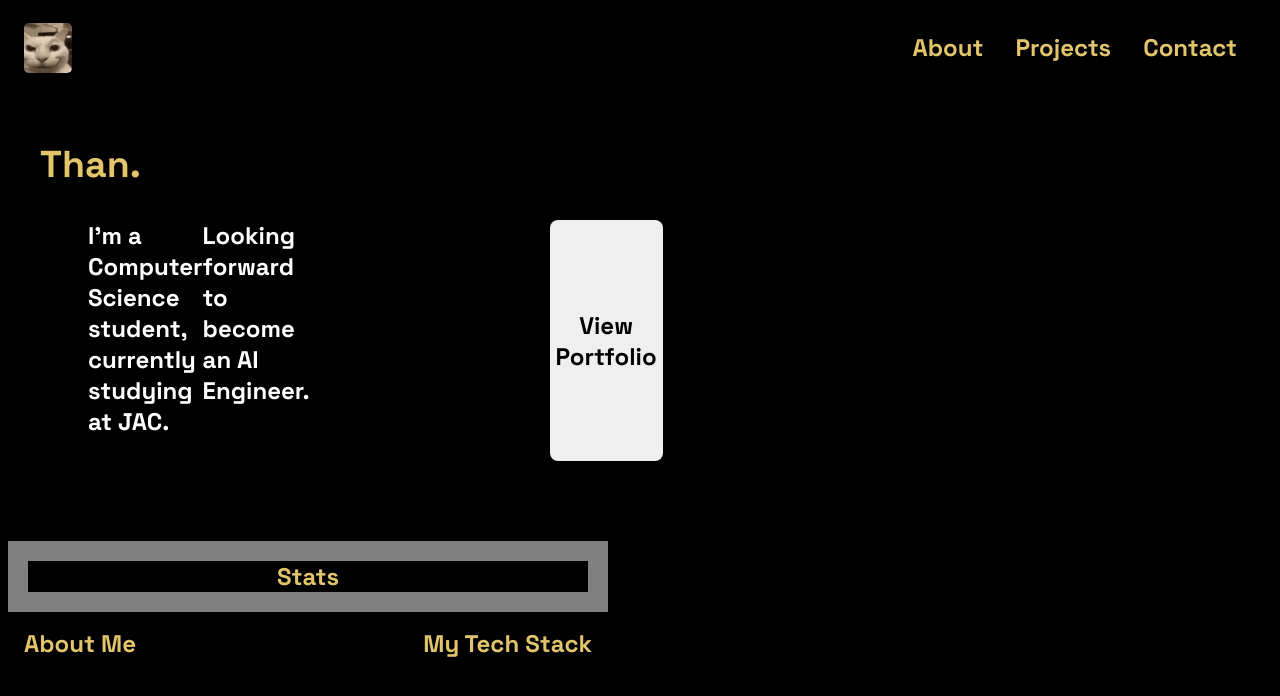
Repository: Than-dot/Than-dot
Page: index.html
These files come from the project's save history. The page is drawn as it stood at one moment and after the next save; the edit follows.
The browser window is 1280 px wide. The pictures show the whole page.

Above is the page before, as saved 2026-05-06 12:32:56.

After the next save:
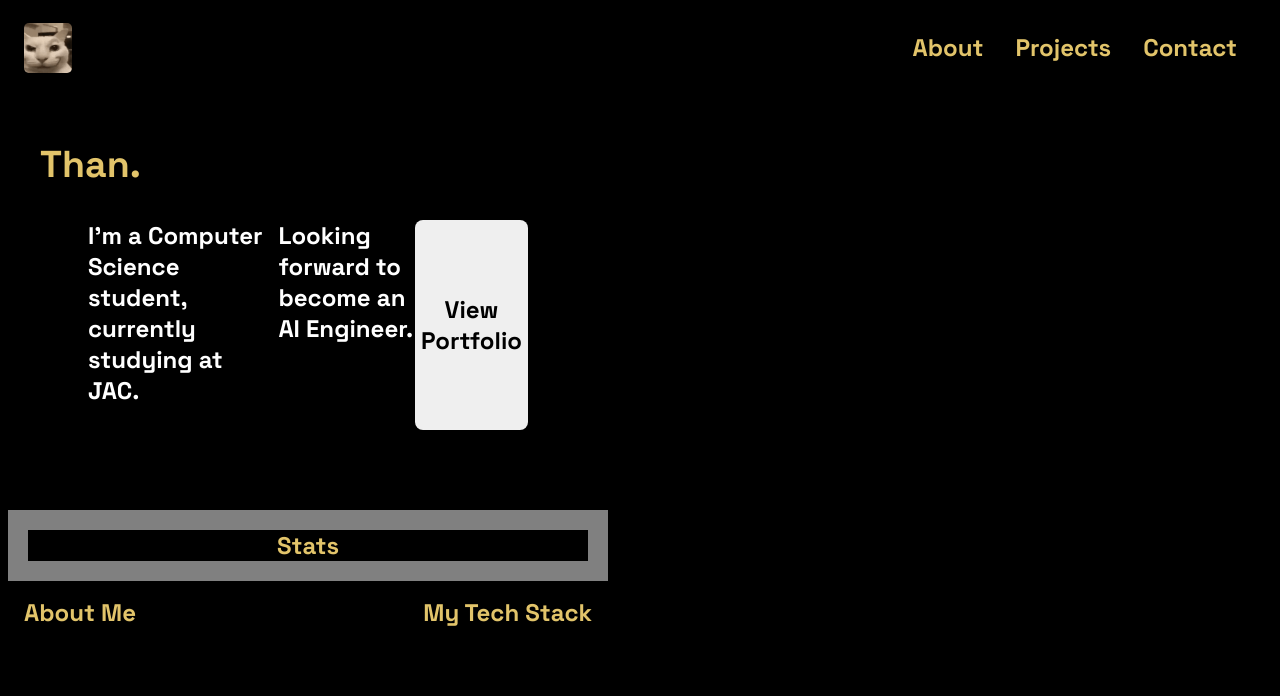
Saved 33 s later.
--- a/styles/index.css
+++ b/styles/index.css
@@ -48,8 +48,7 @@ button {
   border-radius: 8px;
   border: none;
   max-width: 10rem;
-  margin-left: 15rem;
-  margin-right: 15rem;
+  text-align: center;
 }
 
 button:hover {
